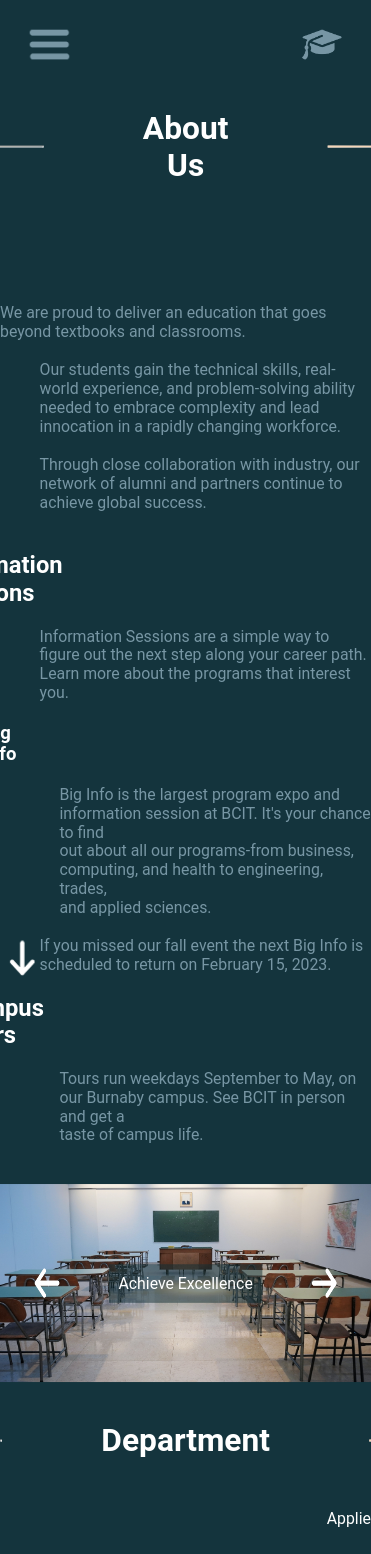
Repository: Sheraliramzan/Aly_A01253508_Assignment1
Page: /about
An editor plug-in stored every save of this project. The page is shown before and after the next save, followed by the edit.
The browser window is 375 px wide. The pictures show the whole page, at 99% of full size.
The project was rebuilt for these pictures with package versions that can differ from the ones it lists, and the page was loaded fresh each time. The framework's server and built-in components were replaced by stand-ins that run in the browser. Also part of the build but not shown: next.config.js.

Above is the page before, as saved 2023-02-05 11:42:12.

### pages/about.js
import Head from 'next/head'
import Image from 'next/image'
import styles from '../styles/Home.module.css'
import dynamic from "next/dynamic";
import Nav from '../comp/nav/nav';
import Images from '../comp/carousel/Images';

const About = () => {
  return (
    <>
      <Head>
        <title>About Us</title>
        <meta name="author" content="MDIA 2109" />
        <meta property="og:title" content= 'Assignment #1 - About Us Page'/>
        <meta property="og:description" content= "BCIT Digital Design and Development Diploma"/>
        <meta name="viewport" content="width=device-width, initial-scale=1" />
        <link rel="icon" href="/favicon.png" />
      </Head>
      <main className={styles.main}>
        <div className="aboutcont">
          <Nav/>
          <div>
              <div className='headcont1'>
                <hr className='hori'></hr>
                <h1 className='header'>About Us</h1>
                <hr className='hori1'></hr>
              </div>
              <div className='paracont'>
                <p className='para2'> We are proud to deliver an education that goes beyond textbooks
                  and classrooms.</p>
                <p className='para3'> Our students gain the technical skills, real-world experience,
                  and problem-solving ability <br /> needed to embrace complexity
                  and lead innocation in a rapidly changing workforce.</p>
                <p className='para3'>Through close collaboration with industry, our network of alumni
                  and partners continue to <br /> achieve global success.</p>
              </div>
                <h2 className='header2'> Information Sessions</h2>
                <p className='para3'> Information Sessions are a simple way to figure out the next
                  step along your career path. <br /> Learn more about the
                programs that interest you.</p>
                <h3 className='header3'>Big Info</h3>
              <p className='para4'> Big Info is the largest program expo and information session at
                BCIT. It's your chance to find <br /> out about all our
                programs-from business, computing, and health to engineering,
                trades,
                <br /> and applied sciences.
              </p>
              <p className='para3'>If you missed our fall event the next Big Info is scheduled to
                return on February 15, 2023.
              </p>
              <h2 className="header4">Campus Tours</h2>
              <p className='para4'>  Tours run weekdays September to May, on our Burnaby campus. See
                BCIT in person and get a <br /> taste of campus life.</p>
          </div>
          <div>
                  <Images/>
                  <div className='headcont1'>
                      <hr className='hori'></hr>
                      <h1 className='header'>Department</h1>
                      <hr className='hori1'></hr>
                  </div>
                  <div>
                    <ul className='DepList'>
                      <li>Applied & Natural Sciences</li>
                      <li>Business & Media</li>
                      <li>Computing & IT</li>
                      <li>Engineerin</li>
                      <li>Health Sciences</li>
                      <li>Trades & Apprenticeships</li>
                    </ul>
                  </div>
          </div>
        </div>
          <a href='/contact'>
            <span>
             <Image alt='down' className='downarrow' src ={"/downwardArrow.png"} width={25} height={35}></Image>
            </span>
          </a>
          <a href='/'>
            <span>
             <Image alt='down' className='uparrow' src ={"/upwardArrow.png"} width={25} height={35}></Image>
            </span>
          </a>
      </main>
    </>
  )
}
export default dynamic (() => Promise.resolve(About), {ssr: false})

### styles/globals.css


* {
  box-sizing: border-box;
  padding: 0;
  margin: 0;
}

html,
body {
  margin: 0;
  padding: 0;
  font-family: "Roboto", sans-serif;
  scrollbar-width: none;

}
.menuimg{
  margin-left: 100px;
}
.gardimg{
  margin-right: 100px;
}
.navcont {
  display: flex;
  align-items: center;
  justify-content: space-between;
  padding: 10px;
}
.menucont{
  position: absolute;
  top: 0rem;
  left: 4rem;
}
a{
  color: var(--primary-color);
  text-decoration: none;
}

ul {
  display: flex;
  flex-direction: column;
  position: absolute;
  top: 10px;
  left: 50px;
  gap: 2rem;
  text-decoration: none;
}

ul > li {
  list-style-type: none;
  text-decoration: none;
  color: var(--primary-color);
}
.listcont{
  position: absolute;
  display: flex;
  align-items: flex-start;
  left: 3rem;
  top: 3rem;
}

.btncont {
  display: flex;
}

.close {
  background-color: transparent;
  border: none;
  font-size: larger;
  color: var(--primary-color);
}

.fullcont{
  width: 100vw;
  height: 100vh;
  background-image: url("/background-images/backgroundMountain.jpg");
  background-size: cover;
}
.but1{
  margin: 2px;
  padding: 5px 15px;
  background: none;
  border: 1px solid var(--primary-color);
  border-radius: 5px;
  color:var(--primary-color) ;
}
.butcont{
 margin-left: 250px;
}

.but1:hover{
  background-color: var( --primary-color);
  color: var(--quinary-color);
}
.downarrow{
  position: fixed;
  left: 1100px;
  top:600px;
}
.uparrow{
  position: fixed;
  left: 1100px;
  top:560px;
}
.headcont{
  display: flex;
  flex-direction: column;
  width: 25%;
  margin-top: 320px;
  margin-left: 250px;
}
.headhome{
  color: var(--primary-color);
  font-size: 25px;
  margin-bottom: 10px;
}
.horidiv{
  width: 60%;
  border: 1px solid var(--secondary-color);
  margin-bottom: 10px;
}
.para1{
  color: var(--primary-color);
  font-size:12px;
  width: 100%;
  opacity: 0.8;
}
.aboutcont{
  width: 100%;
  background-color: var( --quaternary-color);
  justify-content: center;
  overflow: hidden;
  height: 1410px;
  overflow: hidden;
  scroll-behavior: smooth;
}
.hori{
  border-left: 300px solid var(--secondary-color);
  width: 100px;
  height: 1px;
  margin-right: 100px;
}
.hori1{
  border-left: 300px solid var(--secondary-color);
  width: 100px;
  height: 1px;
  margin-left: 100px;
}
.headcont1{
  text-align: center;
  margin-top: 40px;
  display: flex;
  justify-content: center;
  align-items: center;
}
.header{
  color: var(--primary-color);
}
.paracont{
  display: flex;
  flex-direction: column;
  color: var(--ternary-color);
  justify-content: center;
  align-items: center;
  margin-top: 100px;

}
.para2{
  margin-top: 20px;
  margin-bottom: 20px;
}
.header2{
  display: flex;
  flex-direction: column;
  align-items: center;
  margin-right: 390px;
  margin-top: 20px;
  margin-bottom: 20px;
  color: var(--primary-color);
}
.header3{
  display: flex;
  flex-direction: column;
  align-items: center;
  margin-right: 560px;
  margin-top: 20px;
  margin-bottom: 20px;
  color: var(--primary-color);
}
.header4{
  display: flex;
  flex-direction: column;
  align-items: center;
  margin-right: 480px;
  margin-top: 20px;
  margin-bottom: 20px;
  color: var(--primary-color);
}
.para3{
  color: var(--ternary-color);
  display: flex;
  align-items: center;
  justify-content: center;
  margin-bottom: 20px;
  margin-left: 40px;
}
.para4{
  color: var(--ternary-color);
  display: flex;
  align-items: center;
  justify-content: center;
  margin-bottom: 20px;
  margin-left: 60px;
}
#carouselImage{
  height: 200px;
  background-repeat: no-repeat;
  background-size: cover;
  display: flex;
  justify-content: center;
  align-items: center;
  margin: 40px 0px;
}
#testOnImageHere{
  background-color: rgba(16, 46, 53, 0.5);
  padding: 10px;
  margin: 0px 50px;
}
.full {
  display: flex;
  flex-direction: column;
  justify-content: center;
}
.btncont {
  display: flex;
  align-items: center;
  justify-content: center;
  width: 100%;
  position: absolute;
}
.flexbox {
  display: flex;
}
.imgcontain {
  display: flex;
  color: var(--primary-color);
  background-repeat: no-repeat;
}
.imagecar {
  display: flex;
  align-items: center;
  justify-content: center;
  width: 100%;
}
.imgmain {
  background-size: cover;
  background-repeat: no-repeat;
}
.DepList{
  display: flex;
  flex-direction: column;
  justify-content: center;
  position: relative;
  left: 560px;
  top:50px;
}
@media (max-width:820px){
  .fullcont{
    width: 100%;
    height: 100vh;
    overflow: hidden;
  }
  .headcont{
    width: 80%;
    margin-left: 70px;
    margin-top:400px ;
  }
  .horidiv{
    width: 40%;
  }
  .butcont{
   margin-left: 70px;
  }
  .navcont{
    margin-top: 100px;
  }
  .downarrow{
    position: fixed;
    left:750px;
    top:950px;
  }
  .uparrow{
    position: fixed;
    left:750px;
    top:890px;
  }
  .DepList{
    position: relative;
    left:330px;
  }
  .aboutcont{
    overflow: hidden;
    height: 1570px;
  }
}
@media (max-width:414px){
  .navcont{
    margin-top: 20px;
  }
  .menuimg{
    margin-left: 20px;
  }
  .gardimg{
    margin-right: 20px;
  }
  .headcont{
    margin-top: 230px;
    width: 100%;
    margin-left: 10px;
  }
  .butcont{
    margin-left: 10px;
  }
  .downarrow{
    position: fixed;
    left:10px
  }
}

### styles/variables.css
:root{
    --primary-color:#fff;
    --secondary-color:#f4d6b9;
    --ternary-color: #7796a4;
    --quaternary-color:#14343d;
    --quinary-color:rgba(16,46,53,0.5);
}

### styles/Home.module.css
.main {
  display: flex;
  flex-direction: column;
  justify-content: space-between;
  align-items: center;
}

### comp/nav/nav.js
import Head from 'next/head'
import Image from 'next/image'
import { useState } from 'react'
import { useRouter } from 'next/router'
import Link from 'next/link'

export default function Nav(){
    const [isMenuOpen, setIsMenuOpen] = useState(false);
  const handleClick = () => {
    setIsMenuOpen(!isMenuOpen);
  };
  const router = useRouter();
    return (
    <>
        <div className="navcont">
              <Image alt='menu' className='menuimg'
                src={"/icons/menu-icon.png"}
                width={40}
                height={30}
                onClick={handleClick}
              />
              <Image alt='grad' className='gardimg' src={"/icons/graduation-hat.png"} width={40} height={30} />
          </div>
          {isMenuOpen && (
            <div className="menucont">
              <div className="listcont">
                <div className="btncont">
                  <button className="close" onClick={handleClick}>
                    X
                  </button>
                </div>
                <div>
                  <ul>
                    <li>
                      <a href="/">Home</a>
                    </li>
                    <li>
                      <a href="/about">About</a>
                    </li>
                    <li>
                      <a href="/contact">Contact</a>
                    </li>
                  </ul>
                </div>
              </div>
              <Image alt='bar'
                src={"/background-images/menuBackground.png"}
                width={240}
                height={240}
              />
            </div>
          )}
    </>
    )
}

### comp/carousel/Images.js
import Image from "next/image";
import { useEffect, useState } from "react";
import { ImageData } from "./ImageData";

export default function Images() {
  const [imgC, setImgC] = useState(0);
  const [imgT, setImgT] = useState("default");

  const prev = () => {
    setImgC(imgC === 0 ? ImageData.length - 1 : imgC - 1);
  };

  const next = () => {
    setImgC(imgC === ImageData.length - 1 ? 0 : imgC + 1);
  };

  const handleTxt = () => {
    if (imgC === 0) {
      setImgT("Achieve Excellence");
    } else if (imgC === 1) {
      setImgT("Embrace Innovation");
    } else if (imgC === 2) {
      setImgT("Champion Diversity");
    } else if (imgC === 3) {
      setImgT("Pursue Collaboration");
    } else if (imgC === 4) {
      setImgT("Engage With Respect");
    }
  };
  useEffect(() => {
    handleTxt();
  });

  return (
    <>
      <div className="full" id="carouselImage">
        <div className="btncont">
          <div className="flexbox">
            <Image
              src={"/icons/leftArrow.png"}
              width={25}
              height={30}
              onClick={prev}
              alt="left"
            />
          </div>
          <div className="imgcontain">
            <span id="testOnImageHere">{imgT}</span>
          </div>
          <div className="flexbox">
            <Image
              src={"/icons/rightArrow.png"}
              width={25}
              height={30}
              onClick={next}
              alt="right"
            />
          </div>
        </div>
        <div className="imagecar">
          <Image
            src={ImageData[imgC].src || null}
            width={400}
            height={200}
            alt="image"
            className="imgmain"
          />
        </div>
      </div>
    </>
  );
}

### comp/carousel/ImageData.js
export const ImageData = [
    {
        id:0,
        src: '/carousel-images/0.jpg'
    },
    {
        id:1,
        src: '/carousel-images/1.jpg'
    },
    {
        id:2,
        src: '/carousel-images/2.jpg'
    },
    {
        id:3,
        src: '/carousel-images/3.jpg'
    },
    {
        id:4,
        src: '/carousel-images/4.jpg'
    },
];

Loaded but not shown: pages/_app.js (common file); pages/_document.js (common file); pages/api/hello.js (common file)

After the next save:
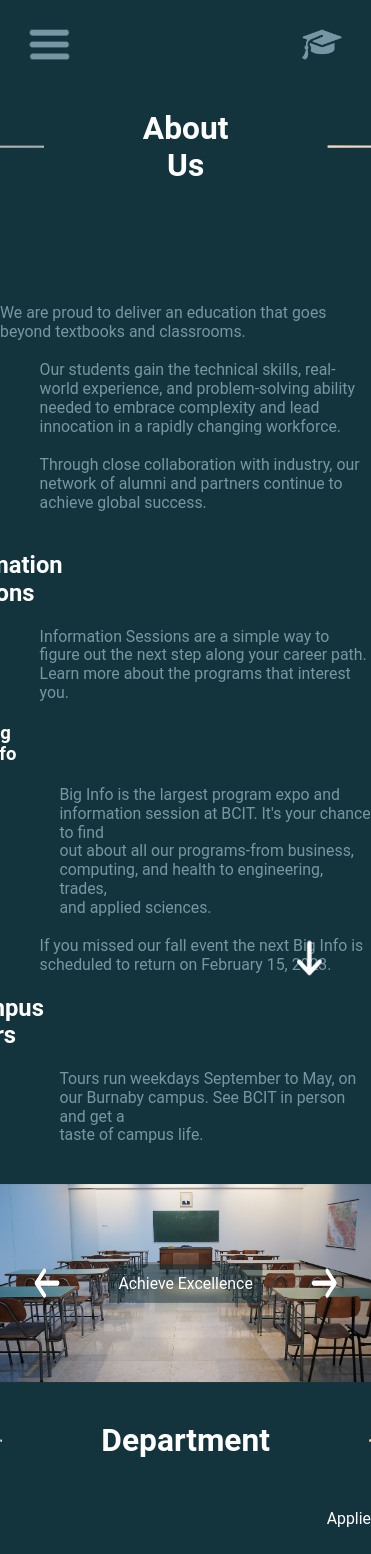
Saved 10 s later.
--- a/styles/globals.css
+++ b/styles/globals.css
@@ -323,6 +323,6 @@ ul > li {
   }
   .downarrow{
     position: fixed;
-    left:10px
-  }
-}
+    left:300px
+  }
+}
